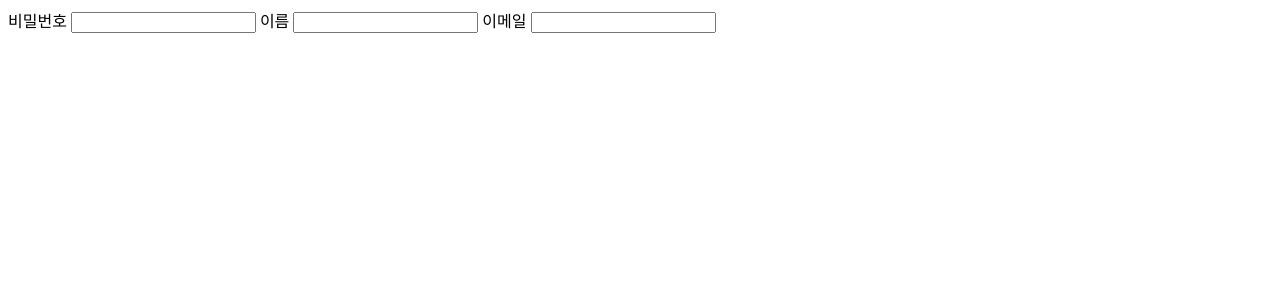
Repository: meanlightk/JspPractice
Page: pro07/src/main/webapp/memberForm.html
These files come from the project's save history. The page is drawn as it stood at one moment and after the next save; the edit follows.
The browser window is 1280 px wide. The pictures show the whole page.

Above is the page before, as saved 2023-05-18 05:46:37.

### pro07/src/main/webapp/memberForm.html
<!DOCTYPE html>
<html>
<head>
<meta charset="UTF-8">
<title>회원 가입창</title>
<script type="text/javascript">
function fn_sendMember() { var id = frMember.id.value; var pwd =
frMember.pwd.value; var name = frMember.name.value; var email =
frMember.email.value; if(id.length = 00 || id == "")
{ alert("비밀번호는 필수입니다.");
} else if(pwd.length == 0 || pwd == "") { alert("이름을 필수입니다.");
} else if(email.length == 0 || pwd == "") { alert("이메일은 필수입니다.");
} else {
frmMember.method = "post"
frmMember.action = "member3"
frmMember.submit();
}
}
</script>
</head>
<body>
<form name ="frmMember>
<table>
<th>회원 가입창</th>

<tr>
<td>아이디</td>
<td><input type="text" name="id"></td>
</tr>

<tr>
<td>비밀번호</td>
<td><input type="password" name="pwd"></td>
</tr>

<tr>
<td>이름</td>
<td><input type="text" name="name"></td>
</tr>

<tr>
<td>이메일</td>
<td><input type="text" name="email"></td>
</tr>
</table>
</form>

</body>
</html>

After the next save:
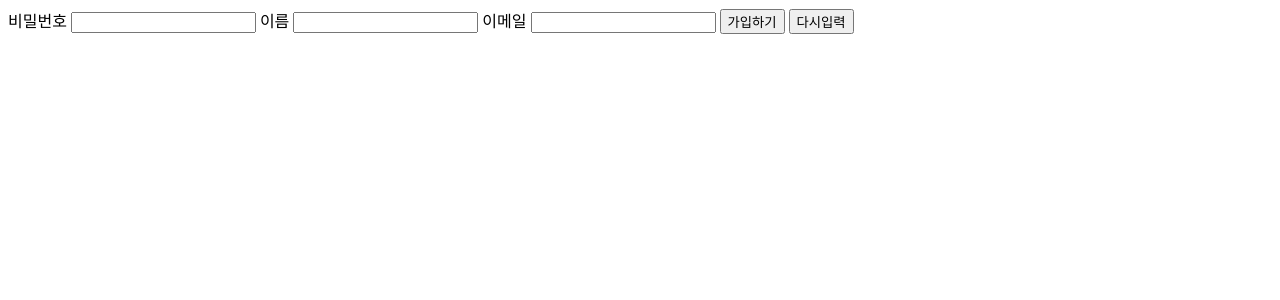
Saved 107 s later.
--- a/pro07/src/main/webapp/memberForm.html
+++ b/pro07/src/main/webapp/memberForm.html
@@ -43,6 +43,11 @@ frmMember.submit();
 <td><input type="text" name="email"></td>
 </tr>
 </table>
+
+<input type="button" value="가입하기" onclick="fn_sendMember()">
+<input type="reset" value="다시입력">
+<input type="hidden" name="commnad" value="addMember" />
+
 </form>
 
 </body>
